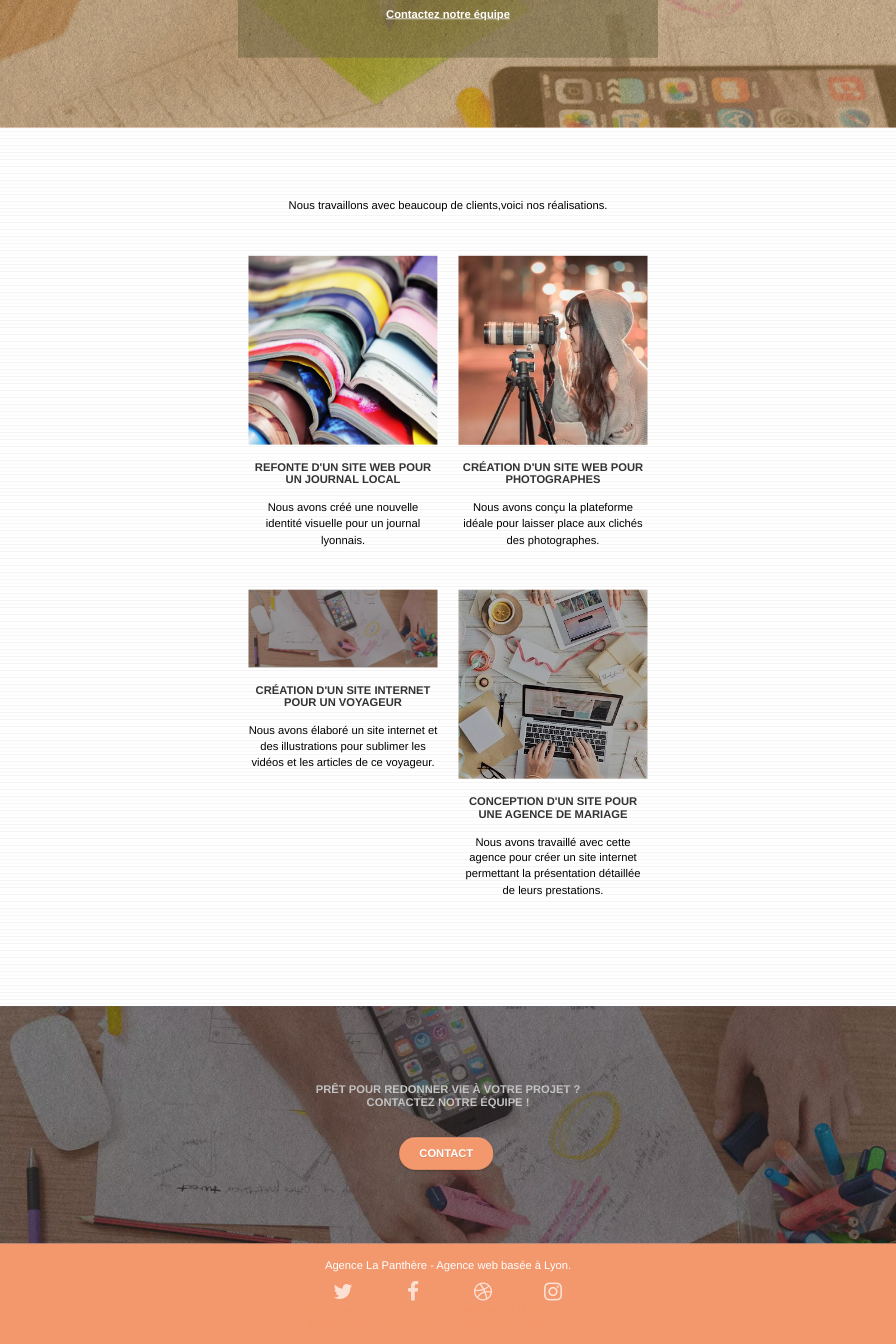
Repository: EtudianteHU/Uyarci_Hilal_4_code_012023
Page: index.html
An editor plug-in stored every save of this project. The page is shown before and after the next save, followed by the edit.
The browser window is 1280 px wide. The pictures show the part of the page from y = 1569 to 3489 px (the page is 3489 px tall before and 3330 px after), at 70% of full size.
Backgrounds fixed to the window are drawn as part of the page.

Above is the page before, as saved 2023-02-23 21:33:00.

### index.html
<!DOCTYPE html>
<html lang="fr">
    <head>
        <meta charset="utf-8" />
        <meta name="robots" content="index,follow" />
        <meta
            name="description"
            content="La Panthère,agence web basé à lyon,une entreprise de webdesign"
        />
        <meta
            name="viewport"
            content="width=device-width, initial-scale=1.0, viewport-fit=cover"
        />
        <link rel="shortcut icon" type="image/png" href="favicon.webp" />

        <link rel="stylesheet" type="text/css" href="./css/bootstrap.css" />
        <link rel="stylesheet" type="text/css" href="style.css" />
        <link
            rel="stylesheet"
            type="text/css"
            href="./css/font-awesome.min.css"
        />
        <link rel="stylesheet" type="text/css" href="./css/et-line.css" />

        <script defer src="./js/jquery-2.1.0.js"></script>
        <script defer src="./js/bootstrap.js"></script>
        <script defer src="./js/blocs.js"></script>
        <script defer src="./js/jquery.touchSwipe.js"></script>

        <title>Agence La Panthère,meilleure entreprise à Lyon</title>

        <!-- Analytics -->

        <!-- Analytics END -->
    </head>
    <body>
        <!-- Principal conteneur -->
        <main class="page-container">
            <!-- bloc-0 -->
            <header class="bloc bgc-white l-bloc" id="bloc-0">
                <div class="container bloc-sm">
                    <nav class="navbar row">
                        <div class="navbar-header">
                            <div
                                class="keywords"
                                style="color: #cccccc; font-size: 1px"
                            >
                                Agence web à paris, stratégie web, web design,
                                illustrations, design de site web, site web,
                                web, internet, site internet, site
                            </div>
                            <a class="navbar-brand" href="index.html" title=""
                                ><img src="img/logo.webp" alt="" height="40"
                            /></a>
                            <div
                                class="keywords"
                                style="color: #cccccc; font-size: 1px"
                            >
                                Agence web à paris, stratégie web, web design,
                                illustrations, design de site web, site web,
                                web, internet, site internet, site
                            </div>
                            <button
                                id="nav-toggle"
                                type="button"
                                class="ui-navbar-toggle navbar-toggle"
                                data-toggle="collapse"
                                data-target=".navbar-1"
                                aria-pressed="true"
                            >
                                <span class="sr-only">Toggle navigation</span
                                ><span class="icon-bar"></span
                                ><span class="icon-bar"></span
                                ><span class="icon-bar"></span>
                            </button>
                        </div>
                        <div
                            class="collapse navbar-collapse navbar-1 special-dropdown-nav"
                        >
                            <ul class="site-navigation nav navbar-nav">
                                <li>
                                    <a href="index.html" title="">Accueil</a>
                                </li>
                                <li>
                                    <a href="contact.html" title="">page2</a>
                                </li>
                            </ul>
                        </div>
                    </nav>
                </div>
            </header>
            <!-- bloc-0 END -->

            <!-- bloc-1-presentation -->
            <div
                class="bloc bgc-dark-slate-blue bg-banniere d-bloc bg-t-edge bloc-bg-texture texture-paper b-parallax"
                id="bloc-1-hero"
            >
                <div class="container bloc-lg">
                    <div class="row tight-width-whitespace">
                        <div class="col-sm-12">
                            <img
                                src="img/logo.webp"
                                class="center-block image-resize-mode"
                                width="100"
                                alt="logo de panthere"
                            />
                            <h1 class="text-center hero-bloc-text tc-white">
                                Agence La Panthère
                            </h1>
                            <div class="text-center">
                                <a
                                    href="contact.html"
                                    class="btn btn-lg btn-clean btn-rd cta-hero btn-atomic-tangerine"
                                    id="cta-hero"
                                    title=""
                                    >Contact</a
                                >
                            </div>
                        </div>
                    </div>
                </div>
            </div>
            <!-- bloc-1-presentation END -->

            <!-- bloc-2-services -->
            <div class="bloc bgc-white l-bloc" id="bloc-2-services">
                <div class="container bloc-md">
                    <div class="row">
                        <div class="col-sm-12 text-center">
                            <p>
                                L'agence La Panthère est une agence de web
                                design qui aide les entreprises a devenir
                                attractives et visibles sur Internet.
                            </p>
                        </div>
                    </div>
                    <div class="row voffset-lg med-width-whitespace">
                        <div class="col-sm-4">
                            <div class="text-center">
                                <span
                                    class="et-icon-browser sm-shadow icon-dark-slate-blue icons icon-lg"
                                ></span>
                            </div>
                            <h2 class="mg-md text-center">Web design</h2>
                            <p class="text-center">
                                Que vous ayez un site web qui a besoin d'un
                                rafraîchissement ou que vous partiez de zéro,
                                laissez-nous vous réaliser un design dont vous
                                serez fier.
                            </p>
                        </div>
                        <div class="col-sm-4">
                            <div class="text-center">
                                <span
                                    class="et-icon-presentation sm-shadow icon-dark-slate-blue icons icon-lg"
                                ></span>
                            </div>
                            <h2 class="mg-md text-center">Stratégie</h2>
                            <p class="text-center">
                                Plutôt que de suggérer des designs à la mode,
                                nous travaillerons avec vous pour comprendre vos
                                objectifs commerciaux afin de vous proposer le
                                meilleur design possible.<br />
                            </p>
                        </div>
                        <div class="col-sm-4">
                            <div class="text-center">
                                <span
                                    class="et-icon-edit sm-shadow icon-dark-slate-blue icons icon-lg"
                                ></span>
                            </div>
                            <h2 class="mg-md text-center">Illustrations</h2>
                            <p class="text-center">
                                Un bon design n'est rien sans de bonnes
                                illustrations. Laissez faire notre équipe de
                                graphistes talentueux pour donner à vos pages
                                une touche finale d'élégance.
                            </p>
                        </div>
                    </div>
                    <div class="row voffset-lg voffset">
                        <div
                            class="col-xs-12 col-md-8 col-md-offset-2 text-center"
                        >
                            <p>
                                "L'agence La Panthère est une excellente agence
                                web!Les web designers ont réussi à capturer
                                l'essence de notre entreprise et à intégrer à
                                notre site.Cela nous a aidé à doubler nos ventes
                                en ligne à Lyon." Maxime Guibard,PDG de A vos
                                fourchettes
                            </p>
                        </div>
                    </div>
                </div>
            </div>
            <!-- bloc-2-services END -->

            <!-- bloc-3-what-i-do -->
            <div
                class="bloc tc-white bgc-atomic-tangerine bg-presentation d-bloc bloc-bg-texture texture-paper b-parallax"
                id="bloc-3-what-i-do"
            >
                <div class="container bloc-lg">
                    <div class="row tight-width-whitespace black-background">
                        <div class="col-sm-12">
                            <h3 class="mg-md text-center tc-white">
                                Nous souhaitons aider les entreprises de la
                                région Lyonnaise à se développer et à connaître
                                le succès. Nous travaillons pour aider les
                                entreprises locales à attirer de nouveaux
                                clients .<br />
                            </h3>
                            <p class="text-center white">
                                Nous aimons collaborer avec des entrepreneurs
                                créatifs et des entreprises locale, qu’elles
                                aient besoin de créer un site de A à Z ou de
                                donner un coup de jeune à leur site. Que vous
                                ayez besoin d’une identité visuelle complète ou
                                d’une refonte de votre site, n’hésitez pas à
                                nous contacter. Nous travaillerons ensemble pour
                                créer des sites beau et bien structurés, qui
                                seront facilement trouvable sur les moteurs de
                                recherche. <br /><br /><a
                                    class="ltc-white bold-link"
                                    href="contact.html"
                                    title=""
                                    >Contactez notre équipe</a
                                ><br />
                            </p>
                        </div>
                    </div>
                </div>
            </div>
            <!-- bloc-3-what-i-do END -->

            <!-- bloc-4-portfolio -->
            <div
                class="bloc bgc-white bg-lines-h2-bg bg-repeat l-bloc"
                id="bloc-4-portfolio"
            >
                <div class="container bloc-lg">
                    <div class="row">
                        <div class="col-sm-12 text-center">
                            <p>
                                Nous travaillons avec beaucoup de clients,voici
                                nos réalisations.
                            </p>
                        </div>
                    </div>
                    <div class="row tight-width-whitespace portfolio-row">
                        <div class="col-sm-6">
                            <a
                                href="#"
                                data-lightbox="img/1.webp"
                                data-gallery-id="gallery-1"
                                data-caption="Refonte d'un site web pour un journal local"
                                data-frame="snapshot-lb"
                                title="Un journal"
                                ><img
                                    src="img/1.webp"
                                    alt="Photo de journal"
                                    class="img-responsive portfolio-thumb"
                            /></a>
                            <h3 class="mg-md text-center">
                                Refonte d'un site web pour un journal local
                            </h3>
                            <p class="text-center">
                                Nous avons créé une nouvelle identité visuelle
                                pour un journal lyonnais.
                            </p>
                        </div>
                        <div class="col-sm-6">
                            <a
                                href="#"
                                data-lightbox="img/2.webp"
                                data-gallery-id="gallery-1"
                                data-caption="Création d'un site web pour photographes"
                                data-frame="snapshot-lb"
                                title="un site web pour photographes"
                                ><img
                                    src="img/2.webp"
                                    class="img-responsive portfolio-thumb"
                                    alt="site de photographe"
                            /></a>
                            <h3 class="mg-md text-center">
                                Création d'un site web pour photographes
                            </h3>
                            <p class="text-center">
                                Nous avons conçu la plateforme idéale pour
                                laisser place aux clichés des photographes.
                            </p>
                        </div>
                    </div>
                    <div class="row tight-width-whitespace portfolio-row">
                        <div class="col-sm-6">
                            <a
                                href="#"
                                data-lightbox="img/agence-la-panthere.webp"
                                data-gallery-id="gallery-1"
                                data-caption="Création d'un site internet pour un voyageur"
                                data-frame="snapshot-lb"
                                title=""
                                ><img
                                    src="img/agence-la-panthere.webp"
                                    class="img-responsive portfolio-thumb"
                                    alt=""
                            /></a>
                            <h3 class="mg-md text-center">
                                Création d'un site internet pour un voyageur
                            </h3>
                            <p class="text-center">
                                Nous avons élaboré un site internet et des
                                illustrations pour sublimer les vidéos et les
                                articles de ce voyageur.
                            </p>
                        </div>
                        <div class="col-sm-6">
                            <a
                                href="#"
                                data-lightbox="img/agence-la-panthere.webp"
                                data-gallery-id="gallery-1"
                                data-caption="Conception d'un site pour une agence de mariage"
                                data-frame="snapshot-lb"
                                title=""
                                ><img
                                    src="img/4.webp"
                                    class="img-responsive portfolio-thumb"
                                    alt=""
                            /></a>
                            <h3 class="mg-md text-center">
                                Conception d'un site pour une agence de mariage
                            </h3>
                            <p class="text-center">
                                Nous avons travaillé avec cette agence pour
                                créer un site internet permettant la
                                présentation détaillée de leurs prestations.
                            </p>
                        </div>
                    </div>
                </div>
            </div>
            <!-- bloc-4-portfolio END -->

            <!-- bloc-5-cta -->
            <div
                class="bloc bgc-dark-slate-blue bg-banniere d-bloc bloc-bg-texture texture-paper"
                id="bloc-5-cta"
            >
                <div class="container bloc-lg">
                    <div class="row">
                        <h3 class="mg-md text-center tc-white">
                            Prêt pour redonner vie à votre projet ?<br />Contactez
                            notre équipe !
                        </h3>
                        <div class="col-sm-12 text-center">
                            <a
                                href="contact.html"
                                class="btn btn-atomic-tangerine btn-clean btn-rd btn-lg cta-hero"
                                title=""
                                >Contact</a
                            >
                        </div>
                    </div>
                </div>
            </div>
            <!-- bloc-5-cta END -->

            <!-- Footer - bloc-8 -->
            <footer class="bloc bgc-atomic-tangerine d-bloc" id="bloc-8">
                <div class="container bloc-sm">
                    <div class="row">
                        <div class="col-sm-12">
                            <p class="text-center white">
                                Agence La Panthère - Agence web basée à Lyon.<br />
                            </p>
                            <div class="row row-no-gutters social">
                                <div class="col-sm-3">
                                    <div class="text-center">
                                        <span
                                            class="fa fa-twitter icon-md"
                                        ></span>
                                    </div>
                                </div>
                                <div class="col-sm-3">
                                    <div class="text-center">
                                        <span
                                            class="fa fa-facebook icon-md"
                                        ></span>
                                    </div>
                                </div>
                                <div class="col-sm-3">
                                    <div class="text-center">
                                        <span
                                            class="fa fa-dribbble icon-md"
                                        ></span>
                                    </div>
                                </div>
                                <div class="col-sm-3">
                                    <div class="text-center">
                                        <span
                                            class="fa fa-instagram icon-md"
                                        ></span>
                                    </div>
                                </div>
                                <div class="keywords" style="color: #f3976c">
                                    Agence web à paris, stratégie web, web
                                    design, illustrations, design de site web,
                                    site web, web, internet, site internet, site
                                </div>
                            </div>
                        </div>
                    </div>
                </div>
            </footer>
            <!-- Footer - bloc-8 END -->
        </main>
        <!-- Principal conteneur END -->
    </body>
</html>

Loaded but not shown: css/bootstrap.css (library); css/font-awesome.min.css (library); js/jquery-2.1.0.js (library); js/bootstrap.js (library); js/blocs.js (library); js/jquery.touchSwipe.js (library); style.css (903 lines, source omitted); css/et-line.css (519 lines, source omitted)

After the next save:
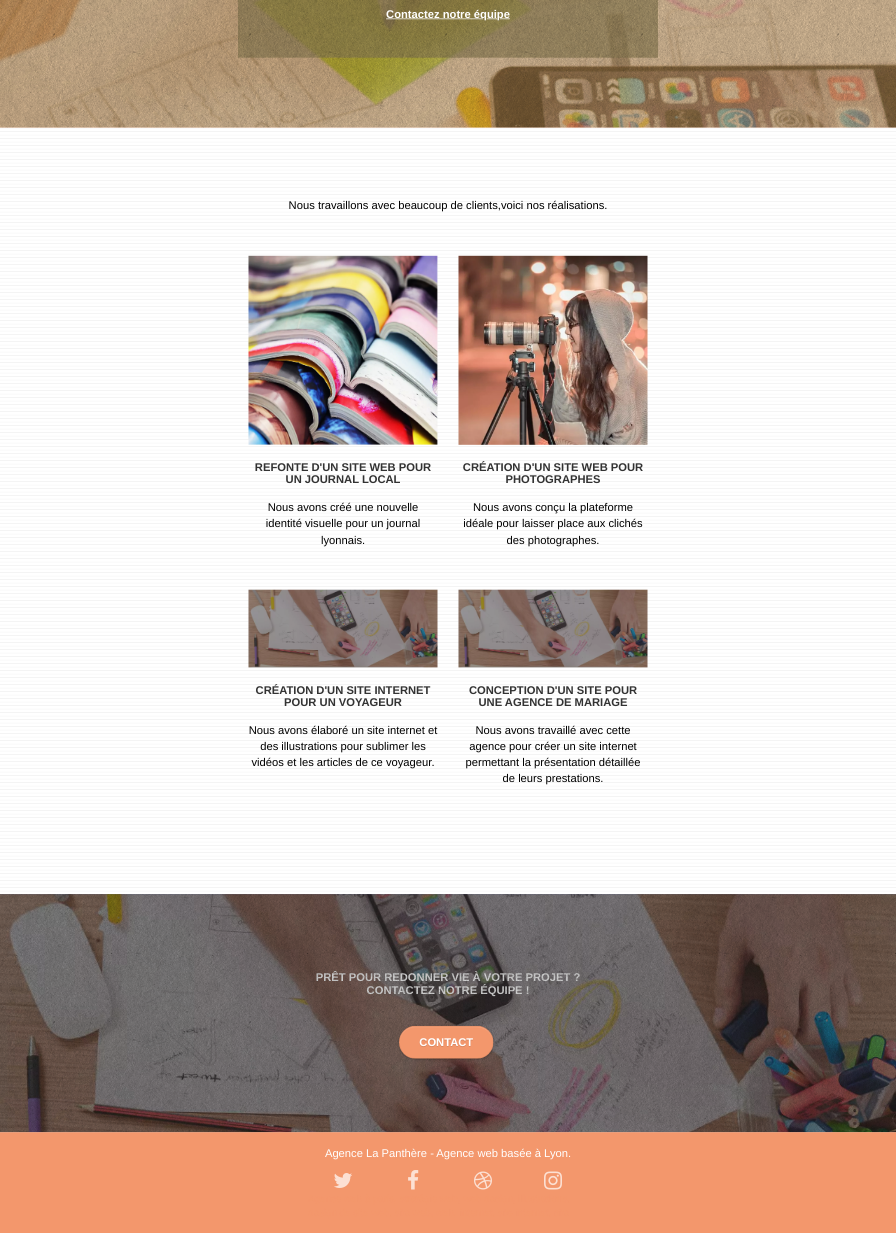
Saved 11 s later.
--- a/index.html
+++ b/index.html
@@ -325,7 +325,7 @@
                                 data-frame="snapshot-lb"
                                 title=""
                                 ><img
-                                    src="img/4.webp"
+                                    src="img/agence-la-panthere.webp"
                                     class="img-responsive portfolio-thumb"
                                     alt=""
                             /></a>
